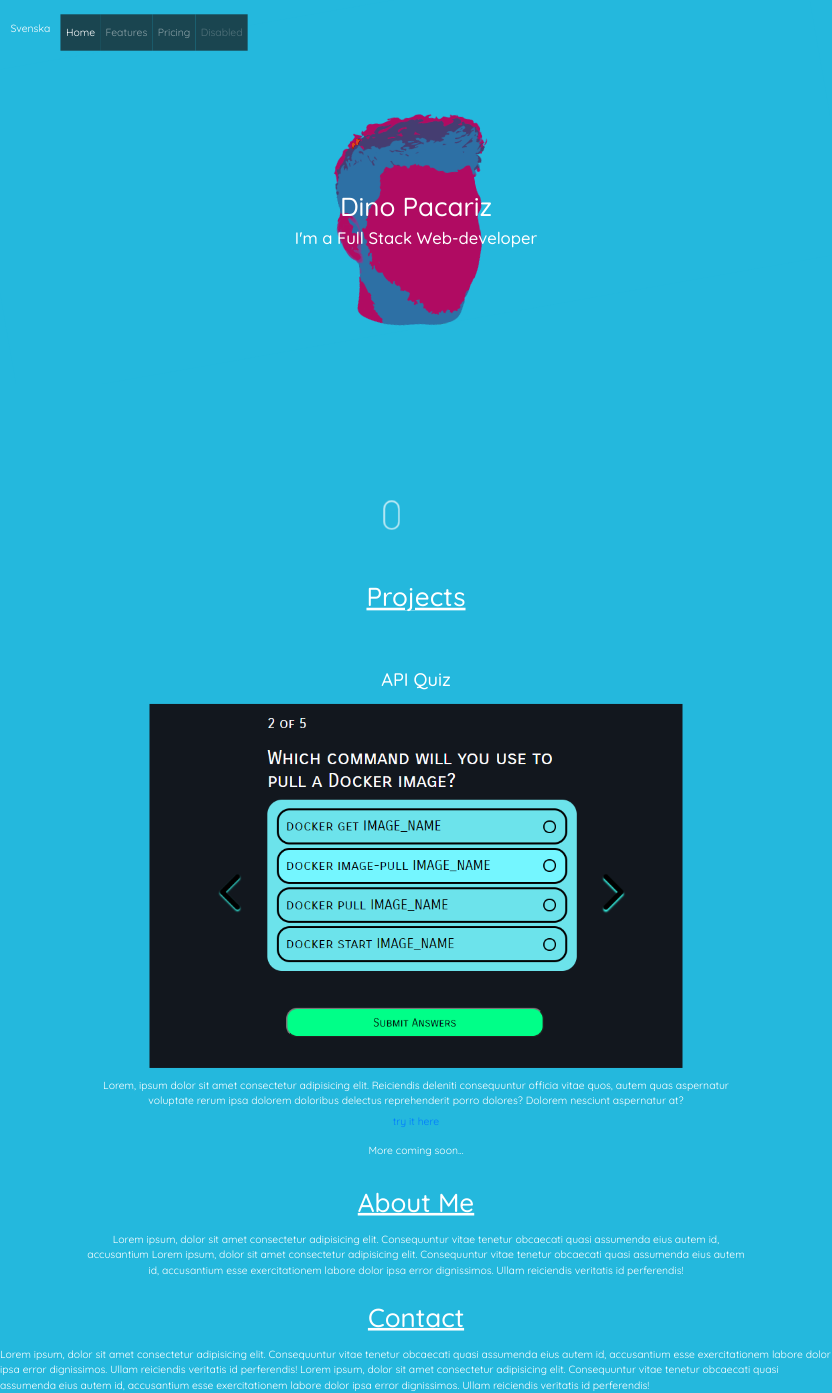
Repository: ImDino/Portfolio
Page: index.html
The author's editor kept a copy of each file at every save. The page is drawn from the files as they stood at one save, then again after the next save.
The browser window is 1280 px wide. The pictures show the whole page, at 65% of full size.
Some web libraries are served in a nearby version. The style sheet was rebuilt from its Sass, Less or Tailwind sources for each picture, by a compiler version that may differ from the author's.

Above is the page before, as saved 2020-11-06 14:35:51.
Console error: TypeError: Cannot read properties of null (reading 'addLabel')

### index.html
<!DOCTYPE html>
<html lang="en">
<head>
    <meta charset="UTF-8">
    <meta name="viewport" content="width=device-width, initial-scale=1.0">
    <link rel="stylesheet" href="https://cdn.jsdelivr.net/npm/bootstrap@4.5.3/dist/css/bootstrap.min.css" integrity="sha384-TX8t27EcRE3e/ihU7zmQxVncDAy5uIKz4rEkgIXeMed4M0jlfIDPvg6uqKI2xXr2" crossorigin="anonymous">
    <link href="https://fonts.googleapis.com/css2?family=Josefin+Sans&display=swap" rel="stylesheet">
    <link href="https://fonts.googleapis.com/css2?family=Quicksand:wght@300;400;500;600;700&display=swap" rel="stylesheet">
    <link href="https://fonts.googleapis.com/css2?family=Raleway:wght@100;200;300;500;600;700;900&display=swap" rel="stylesheet">



    <script src="https://code.jquery.com/jquery-3.5.1.slim.min.js" integrity="sha384-DfXdz2htPH0lsSSs5nCTpuj/zy4C+OGpamoFVy38MVBnE+IbbVYUew+OrCXaRkfj" crossorigin="anonymous"></script>
    <script src="https://cdn.jsdelivr.net/npm/bootstrap@4.5.3/dist/js/bootstrap.bundle.min.js" integrity="sha384-ho+j7jyWK8fNQe+A12Hb8AhRq26LrZ/JpcUGGOn+Y7RsweNrtN/tE3MoK7ZeZDyx" crossorigin="anonymous"></script>
    <script src="https://cdnjs.cloudflare.com/ajax/libs/gsap/3.5.1/gsap.min.js"></script>
    <script src="https://cdnjs.cloudflare.com/ajax/libs/gsap/3.5.1/ScrollTrigger.min.js" integrity="sha512-wK2NuxEyN/6s53M8G7c6cRUXvkeV8Uh5duYS06pAdLq4ukc72errSIyyGQGYtzWEzvVGzGSWg8l79e0VkTJYPw==" crossorigin="anonymous"></script>
    <script src="https://cdnjs.cloudflare.com/ajax/libs/gsap/3.5.1/ScrollToPlugin.min.js" integrity="sha512-nTHzMQK7lwWt8nL4KF6DhwLHluv6dVq/hNnj2PBN0xMl2KaMm1PM02csx57mmToPAodHmPsipoERRNn4pG7f+Q==" crossorigin="anonymous"></script>
    <script src="/js/main.js"></script>


    <link rel="stylesheet" href="css/main.css">
    <title>Dino's Portfolio</title>
</head>
<body>

  <nav id='navbar'class="navbar navbar-expand-lg navbar-dark bg-light">
    <!-- <a class="navbar-brand" href="#">Navbar</a> -->
    <a class="navbar-brand" id='language' href="#">Svenska</a>
    <button id='nav-button'class="navbar-toggler" type="button" data-toggle="collapse" data-target="#navbarNav" aria-controls="navbarNav" aria-expanded="false" aria-label="Toggle navigation">
      <span class="navbar-toggler-icon"></span>
      <img src='/img/hamburger-menu-1.png' id='page-1-nav' class='page-nav' alt="">
      <img src='/img/hamburger-menu-2.png' id='page-2-nav' class='page-nav' alt="">
      <img src='/img/hamburger-menu-3.png' id='page-3-nav' class='page-nav' alt="">
    </button>
    <div class="collapse navbar-collapse" id="navbarNav">
      <ul class="navbar-nav">
        <li class="nav-item active">
          <a class="nav-link" href="#">Home <span class="sr-only">(current)</span></a>
        </li>
        <li class="nav-item">
          <a class="nav-link" href="#">Features</a>
        </li>
        <li class="nav-item">
          <a class="nav-link" href="#">Pricing</a>
        </li>
        <li class="nav-item">
          <a class="nav-link disabled" href="#" tabindex="-1" aria-disabled="true">Disabled</a>
        </li>
      </ul>
    </div>
    </nav>
    <div id='home-page'>
        <div id='home-text'>
            <h1>Dino Pacariz</h1>
            <h3>I'm a Full Stack Web-developer</h3>
          </div>
          <div id='face'>
          </div>
    </div>
    <div id='pseudo-div'></div>
    <div class="mouse">
      <div class="mouse-icon">
        <span class="mouse-wheel"></span>
      </div>

    </div>
    <div id='projects-page' class='teaser teaser--animated page1'>
      <div id='header-parent'>
        <div class='main-tool-bar'><h1>Projects</h1></div>
      </div>
      <div class='project'>
        <h3 class='header'>API Quiz</h3>
        <div class='image-wrap'>
          <img src="img/apiquiz.png" alt="">
        </div>
        <span>Lorem, ipsum dolor sit amet consectetur adipisicing elit. Reiciendis deleniti consequuntur officia vitae quos, autem quas aspernatur voluptate rerum ipsa dolorem doloribus delectus reprehenderit porro dolores? Dolorem nesciunt aspernatur at?</span>
        <a href="#"><span>try it here</span></a>
      </div>
      <span>More coming soon...</span>
    </div>
    <div id='about-page'>
      <div id='header-parent'>
        <div class='main-tool-bar'>
          <h1>About Me</h1>
        </div>
      </div>
      <div>
        <span>
          Lorem ipsum, dolor sit amet consectetur adipisicing elit. Consequuntur vitae tenetur obcaecati quasi assumenda eius autem id, accusantium Lorem ipsum, dolor sit amet consectetur adipisicing elit. Consequuntur vitae tenetur obcaecati quasi assumenda eius autem id, accusantium esse exercitationem labore dolor ipsa error dignissimos. Ullam reiciendis veritatis id perferendis!
        </span>
      </div>
    </div>
    <div id='contact-page'>
      <div id='header-parent'>
        <div class='main-tool-bar'>
          <h1>Contact</h1>
        </div>
      </div>
      <div>
        <span>
          Lorem ipsum, dolor sit amet consectetur adipisicing elit. Consequuntur vitae tenetur obcaecati quasi assumenda eius autem id, accusantium esse exercitationem labore dolor ipsa error dignissimos. Ullam reiciendis veritatis id perferendis!
          Lorem ipsum, dolor sit amet consectetur adipisicing elit. Consequuntur vitae tenetur obcaecati quasi assumenda eius autem id, accusantium esse exercitationem labore dolor ipsa error dignissimos. Ullam reiciendis veritatis id perferendis!
        </span>
      </div>
    </div>
</body>
</html>

### js/main.js
document.addEventListener('DOMContentLoaded', () => {
    gsap.from("#home-text", {duration: 1, x: -1000});
    gsap.from("#face", {duration: 1, opacity: 0});
    gsap.from("#face", {clearProps: 'all', duration: 1, x:100});
    TweenLite.from('#face', {y:20, ease:Linear.easeNone});




    let header = document.getElementsByClassName('header')[0];
    // console.log(header)
    let tl2 = gsap.timeline({
        // yes, we can add it to an entire timeline!
        scrollTrigger: {
            trigger: header,
            // pin: true,   // pin the trigger element while active
            start: "bottom bottom", // when the top of the trigger hits the top of the viewport
            end: "+=100", // end after scrolling 500px beyond the start
            scrub: 1, // smooth scrubbing, takes 1 second to "catch up" to the scrollbar
            snap: {
                snapTo: "labels", // snap to the closest label in the timeline
                duration: {min: 0.2, max: 1}, // the snap animation should be at least 0.2 seconds, but no more than 3 seconds (determined by velocity)
                delay: 0.2, // wait 0.2 seconds from the last scroll event before doing the snapping
                // ease: "power1.inOut", // the ease of the snap animation ("power3" by default)
                overwrite: 'auto'
            }
        }
    });


    let custom = gsap.timeline({
        // yes, we can add it to an entire timeline!
        scrollTrigger: {
            // trigger: header,
            // pin: true,   // pin the trigger element while active
            start: "bottom bottom", // when the top of the trigger hits the top of the viewport
            end: "+=100", // end after scrolling 500px beyond the start
            scrub: 1, // smooth scrubbing, takes 1 second to "catch up" to the scrollbar
            // snap: {
            //     snapTo: "labels", // snap to the closest label in the timeline
            //     duration: {min: 0.2, max: 1}, // the snap animation should be at least 0.2 seconds, but no more than 3 seconds (determined by velocity)
            //     delay: 0.2, // wait 0.2 seconds from the last scroll event before doing the snapping
            //     // ease: "power1.inOut", // the ease of the snap animation ("power3" by default)
            //     overwrite: 'auto'
            // }
            // onToggle: self => console.log('hej')
        }
    });

    let language = gsap.timeline({
        // yes, we can add it to an entire timeline!
        scrollTrigger: {
            // trigger: header,
            // pin: true,   // pin the trigger element while active
            start: "bottom bottom", // when the top of the trigger hits the top of the viewport
            end: "+=20", // end after scrolling 500px beyond the start
            scrub: 1, // smooth scrubbing, takes 1 second to "catch up" to the scrollbar
            // snap: {
            //     snapTo: "labels", // snap to the closest label in the timeline
            //     duration: {min: 0.2, max: 1}, // the snap animation should be at least 0.2 seconds, but no more than 3 seconds (determined by velocity)
            //     delay: 0.2, // wait 0.2 seconds from the last scroll event before doing the snapping
            //     // ease: "power1.inOut", // the ease of the snap animation ("power3" by default)
            //     overwrite: 'auto'
            // }
            onToggle: self => console.log('language')
        }
    });

    let nav1 = gsap.timeline({
        // yes, we can add it to an entire timeline!
        scrollTrigger: {
            // trigger: header,
            // pin: true,   // pin the trigger element while active
            start: "bottom bottom", // when the top of the trigger hits the top of the viewport
            end: "+=20", // end after scrolling 500px beyond the start
            scrub: 1, // smooth scrubbing, takes 1 second to "catch up" to the scrollbar
            // snap: {
            //     snapTo: "labels", // snap to the closest label in the timeline
            //     duration: {min: 0.2, max: 1}, // the snap animation should be at least 0.2 seconds, but no more than 3 seconds (determined by velocity)
            //     delay: 0.2, // wait 0.2 seconds from the last scroll event before doing the snapping
            //     // ease: "power1.inOut", // the ease of the snap animation ("power3" by default)
            //     overwrite: 'auto'
            // }
            onToggle: self => console.log('nav1')
        }
    });

    let about = document.getElementById('about-page')

    let nav2 = gsap.timeline({
        // yes, we can add it to an entire timeline!
        scrollTrigger: {
            trigger: 'about',
            // pin: true,   // pin the trigger element while active
            start: "bottom bottom", // when the top of the trigger hits the top of the viewport
            end: "+=100", // end after scrolling 500px beyond the start
            scrub: 1, // smooth scrubbing, takes 1 second to "catch up" to the scrollbar
            // snap: {
            //     snapTo: "labels", // snap to the closest label in the timeline
            //     duration: {min: 0.2, max: 1}, // the snap animation should be at least 0.2 seconds, but no more than 3 seconds (determined by velocity)
            //     delay: 0.2, // wait 0.2 seconds from the last scroll event before doing the snapping
            //     // ease: "power1.inOut", // the ease of the snap animation ("power3" by default)
            //     overwrite: 'auto'
            // }
            onToggle: self => console.log('nav2')
        }
    });

    let contact = document.getElementById('contact-page')

    let nav3 = gsap.timeline({
        // yes, we can add it to an entire timeline!
        scrollTrigger: {
            trigger: 'contact',
            // pin: true,   // pin the trigger element while active
            start: "bottom bottom", // when the top of the trigger hits the top of the viewport
            end: "+=100", // end after scrolling 500px beyond the start
            scrub: 1, // smooth scrubbing, takes 1 second to "catch up" to the scrollbar
            // snap: {
            //     snapTo: "labels", // snap to the closest label in the timeline
            //     duration: {min: 0.2, max: 1}, // the snap animation should be at least 0.2 seconds, but no more than 3 seconds (determined by velocity)
            //     delay: 0.2, // wait 0.2 seconds from the last scroll event before doing the snapping
            //     // ease: "power1.inOut", // the ease of the snap animation ("power3" by default)
            //     overwrite: 'auto'
            // }
            onToggle: self => console.log('nav2')
        }
    });

    let scroll_icon = document.getElementById('scroll-icon')

    let scroll = gsap.timeline({
        // yes, we can add it to an entire timeline!
        scrollTrigger: {
            trigger: 'scroll_icon',
            // pin: true,   // pin the trigger element while active
            start: "bottom bottom", // when the top of the trigger hits the top of the viewport
            end: "+=100", // end after scrolling 500px beyond the start
            scrub: 1, // smooth scrubbing, takes 1 second to "catch up" to the scrollbar
            // snap: {
            //     snapTo: "labels", // snap to the closest label in the timeline
            //     duration: {min: 0.2, max: 1}, // the snap animation should be at least 0.2 seconds, but no more than 3 seconds (determined by velocity)
            //     delay: 0.2, // wait 0.2 seconds from the last scroll event before doing the snapping
            //     // ease: "power1.inOut", // the ease of the snap animation ("power3" by default)
            //     overwrite: 'auto'
            // }
            onToggle: self => console.log('nav2')
        }
    });
    language.addLabel('language').to('#language', {opacity:0})
    language.addLabel('language').to('#language', {x:-100})
    nav1.addLabel('nav1').from('#page-1-nav', {opacity:0})
    nav2.addLabel('nav2').from('#page-2-nav', {opacity:0})
    nav3.addLabel('nav3').from('#page-3-nav', {opacity:0})
    scroll_icon.addLabel('scroll-icon').to('#scroll-icon', {opacity:0})

    // tl.addLabel("start")
    // .from("#projects-page", {scale: 0.3, autoAlpha: 0})
    // .from("#projects-page2", {scale: 0.3, autoAlpha: 0})
    // .addLabel("color")

    // tl.addLabel("start")

    // tl2.addLabel("start")
    //     .to("#projects-page", {y: -100})
    //     .to(header, {y: -100})
    // .to(header, {opacity: 0})


    // let nav_button = document.getElementById('nav-button');
    // let navbar = document.getElementById('navbar');
    // console.log(nav_button)
    // console.log(navbar)

    // nav_button.addEventListener('click', ()=> {
    //     if (!navbar.hasAttribute('toggled')) {
    //         navbar.setAttribute('toggled' ,'')
    //         navbar.classList.add('navbar-toggled')
    //     } else {
    //         console.log('hej')
    //         navbar.removeAttribute('toggled')
    //         navbar.classList.remove('navbar-toggled')
    //     }
    // })


        gsap.registerPlugin(ScrollTrigger);
        gsap.registerPlugin(ScrollToPlugin);

        const button = document.querySelector(".toggle-page");
        const page1 = document.querySelector(".page1");
        // const page2 = document.querySelector(".page2");


        /**
         * Reset page.
         * => Kills existing scroll trigger.
         */
        const resetPage = () => {
          console.log("💣 Reset page");

          console.log("Killing triggers");
          ScrollTrigger.getAll().forEach(st => st.kill());
        };

        /**
         * Initialize the page.
         * Creates the scroll trigger.
         */
        const initPage = (activePage) => {
          const teasers = activePage.querySelectorAll(".teaser--animated");

          gsap.utils.toArray(teasers).forEach((teaser, i) => {
            ScrollTrigger.create({
              markers: true,
              trigger: teaser,
              start: "top center",
              end: "bottom center",
              toggleClass: "teaser--in-view",
              onEnter: () => scrollToElementCenter(teaser)
            });
          });
        };

        /**
         * Scroll to center of given element.
         */
        const scrollToElementCenter = (el) => {
          console.log("scroll to element center");

          // Calculate offset to put the element in the center.
          const offsetY = (window.innerHeight - el.offsetHeight) / 2;

          gsap.to(window, {
            duration: 1,
            scale: 0.5,
            scrollTo: {
              y: el,
              offsetY: offsetY,
              autoKill: false
            }
          });
        };

        /**
         * Add event listener to toggle between pages
         * via button.
         */

        // button.addEventListener("click", () => {
        //   page1.classList.toggle("page--visible");
        //   page2.classList.toggle("page--visible");

        //   resetPage();

        //   // Init page that is now active.
        //   if (page1.classList.contains("page--visible")) {
        //     initPage(page1);
        //   } else if (page2.classList.contains("page--visible")) {
        //     initPage(page2);
        //   }
        // });

        /**
         * Init page on load.
         */
        (function () {
          initPage(page1);
        })();













        // localStorage.clear()

    /*:::::::START:::::::::
    ::: Refresh Counter :::
    :::::::::::::::::::::*/

    // if(localStorage.getItem('refreshCount') == null) {
    //     localStorage.setItem('refreshCount', 1);
    // } else {
    //     let  localRefreshCount = localStorage.getItem('refreshCount')
    //     localRefreshCount++;
    //     localStorage.setItem('refreshCount', localRefreshCount);
    // }
    // if (parseInt(localStorage.getItem('refreshCount')) > 10) {
    //     localStorage.setItem('refreshCount', 1);
    // }
    // console.log('RefreshCount: '+localStorage.getItem('refreshCount'))


    /*::::::::END::::::::::
    ::: Refresh Counter :::
    :::::::::::::::::::::*/
})

### scss/main.scss
*{
    margin: 0;
    padding: 0;
    font-family: 'Quicksand', sans-serif;
}

html, body {
    height: 100%;
    // width: 100%;
    // overflow-x: hidden;
}

body {
    background-color: #24b8dd !important;
    color: white;
}

#pseudo-div {
    width: 100%;
    height: 100%;
}


.navbar {
    background-color: #24b8dd00 !important;
    // background-color: #24b8dd !important;
    color: white;
    position: fixed;
    top: 0;
    width: 100%;
    // z-index: 1;
    // margin: 0; //! behövs för att hamburger listan ska få 100 width
    // padding: 0; //! behövs för att hamburger listan ska få 100 width

}

.navbar-toggler {
    border: none;
}
.navbar-toggler:focus {
    outline: none;
}

.navbar-brand {
    font-size: medium;
}

.nav-item {
    background-color: #1a4550;
    line-height: 2.5em;
    text-align: center;
}

#navbarNav {
    margin-top: 2vh;
}

.navbar-toggled {
    background-color: #24b8dd !important;
}

#home-page {
    padding-top: 170px;
    position: absolute;
    top: 0;
    bottom: 0;
    left: 0;
    right: 0;
    z-index: -1;
    margin-bottom: 18vh;
    background-size: 200%;
    background-blend-mode: luminosity;
    display: flex;
    justify-content: center;
    align-items: center;

    h1 {
        text-align: center;
    }
    h3 {
        text-align: center;
        font-size: 1.6em;
        margin-bottom: 12vh;
    }
    overflow: hidden;
}

#header-parent {
    height: 47.5px;
    display: block;
    display: flex;
    flex-direction: column;
    align-items: center;
    margin-bottom: 3vh;
    margin-top: 5vh;
    h1 {
        text-decoration: underline;
    }
}

#face {
    position: absolute;
    top: 0;
    bottom: 0;
    left: 0;
    right: 0;
    overflow: hidden;
    // margin-bottom: 28vh;
    margin-bottom: 12vh;
    background: url('/img/vectorFace4.png') no-repeat;
    background-color: #24b8dd;
    z-index: -2;
    margin-left: -25px;
    background-blend-mode: difference;
    background-size: 35vh;
    background-position: center bottom;
    -webkit-transform: rotate(-10deg);
    -moz-transform: rotate(-10deg);
    -ms-transform: rotate(-10deg);
    -o-transform: rotate(-10deg);
    transform: rotate(-10deg);
}

.main-tool-bar {
    margin-right: 0;
    text-align: center;
}

.main-tool-bar--scrolled {
    position: fixed;
    top: 200px;

}

.navbar-toggler-icon {
    position: relative;
    z-index: -1 !important;
}

#page-1-nav {
    position: absolute;
    top: 1px;
    right: 31.1px;
    height: 20px;
    width: 24px;
    background-position: top right;
}

#page-2-nav {
    position: absolute;
    top: 17px;
    right: 31.1px;
    height: 20px;
    width: 24px;
    background-position: top right;
}
#page-3-nav {
    position: absolute;
    top: 33px;
    right: 31.1px;
    height: 20px;
    width: 24px;
    background-position: top right;
}
.project {
    display: flex;
    flex-direction: column;
    align-self: center;
    width: 80%;
    *{
        width: 100%;
        // height: 110%;
    }
}

.header {
    margin-bottom: 3vh !important;
}

#projects-page {
    display: flex;
    flex-direction: column;

    *{
        display: flex;
        justify-content: center;
        margin-bottom: 1vh;
        text-align: center;
    }
    span {
        width: 100%;
    }



    h3 {
        margin-top: 10vh;
        margin-bottom: 0;
        padding-bottom: 0;
    }


}

.image-wrap {
    width: 100%;


    img {
        width: 80%;
    }
}

#about-page {
    // margin-top: 10vh;
    display: flex;
    flex-direction: column;
    align-items: center;

    * {

        text-align: center;
    }
    div {
        width: 80%;
        // width: 100%;
    }
}

#contact-page {
    margin-bottom: 30vh;
}




.mouse{
  margin: 50px auto;
  width: 100px;
}.mouse-icon{
   width: 25px;
   height: 45px;
   border: 2px solid white;
   border-radius: 15px;
   cursor: pointer;
   position: relative;
   text-align: center;
}.mouse-wheel{
  height: 10px;
  margin: 6px auto;
  display: block;
  width: 10px;
  background-color: white;
  border-radius: 50%;
  -webkit-animation: 1.6s ease infinite wheel-up-down;
 -moz-animation: 1.6s ease infinite wheel-up-down;
  animation: 1.5s ease infinite wheel-up-down;
}
@-webkit-keyframes wheel-up-down {
	0% {
	    margin-top: 5px;
	    opacity: 0;
	}
	30% {
	    opacity: 1;
	}
	100% {
	    margin-top: 25px;
	    opacity: 0;
	}
}@-moz-keyframes wheel-up-down {
	0% {
	    margin-top: 25px;
	    opacity: 0;
	}
	30% {
	    opacity: 1;
	}
	100% {
	    margin-top: 5px;
	    opacity: 0;
	}
}@keyframes wheel-up-down {
	0% {
	    margin-top: 25px;
	    opacity: 0;
	}
	30% {
	    opacity: 1;
	}
	100% {
	    margin-top: 5px;
	    opacity: 0;
	}
}

/* //TODO
1. Darkmode, ställa in särskilda färger IFALL man är i darkmode? UX baby.

*/

After the next save:
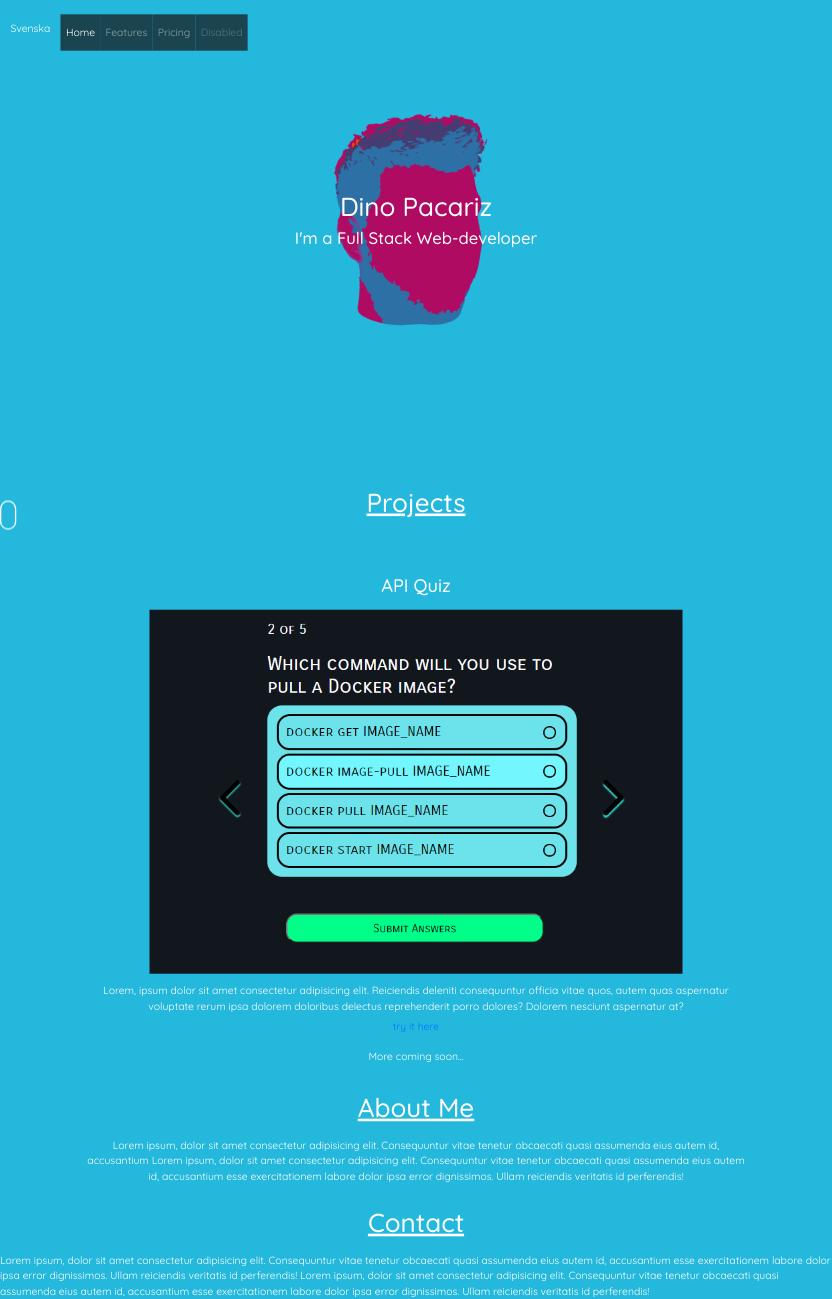
Saved 42 s later.
--- a/scss/main.scss
+++ b/scss/main.scss
@@ -237,6 +237,8 @@ body {
 .mouse{
   margin: 50px auto;
   width: 100px;
+  position: fixed;
+  bottom: 10;
 }.mouse-icon{
    width: 25px;
    height: 45px;
